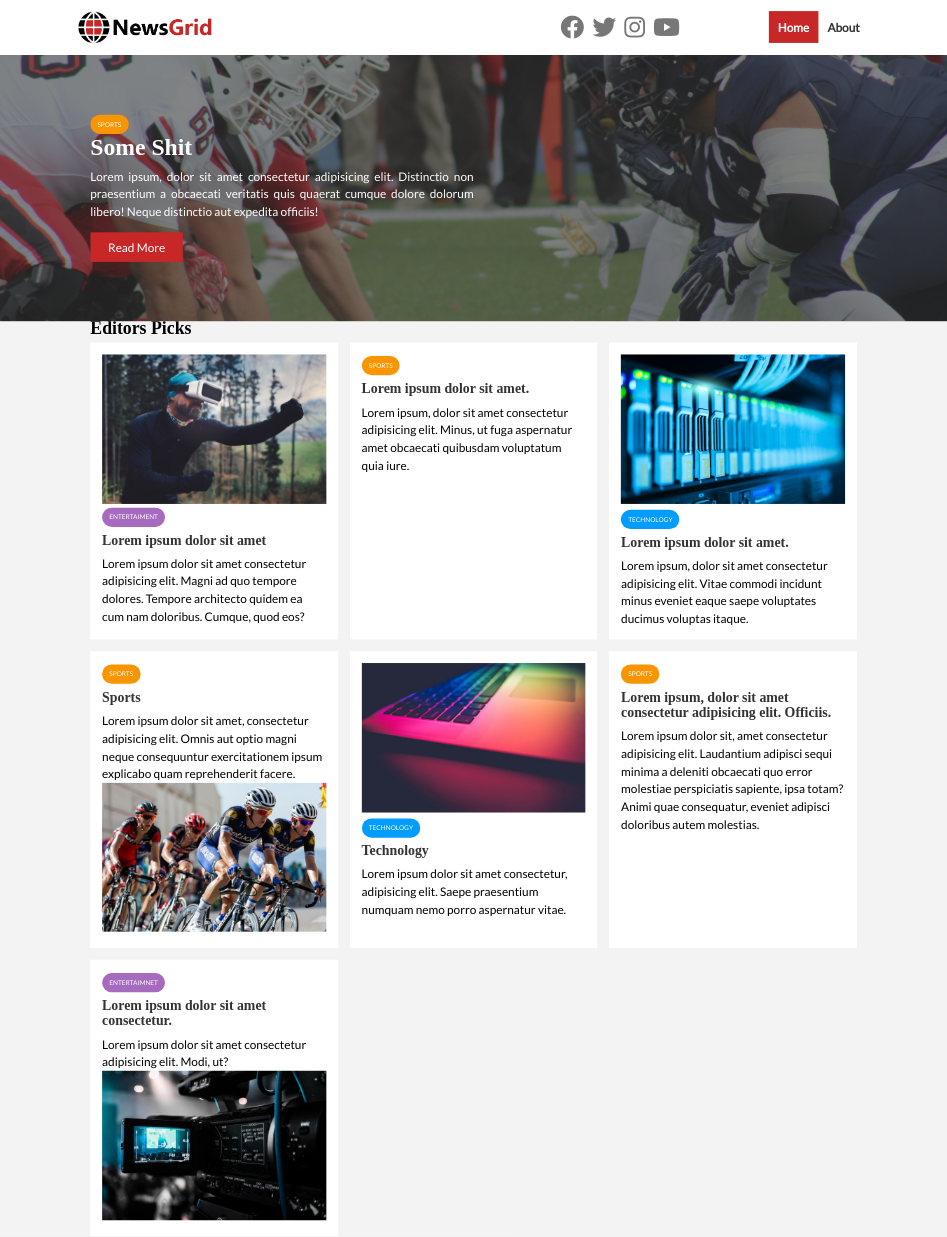
Repository: EswinGiova/NewsGrid
Page: index.html
These files come from the project's save history. The page is drawn as it stood at one moment and after the next save; the edit follows.
The browser window is 1280 px wide. The pictures show the whole page, at 74% of full size.
Some web libraries are served in a nearby version.

Above is the page before, as saved 2020-09-19 21:08:34.

After the next save:
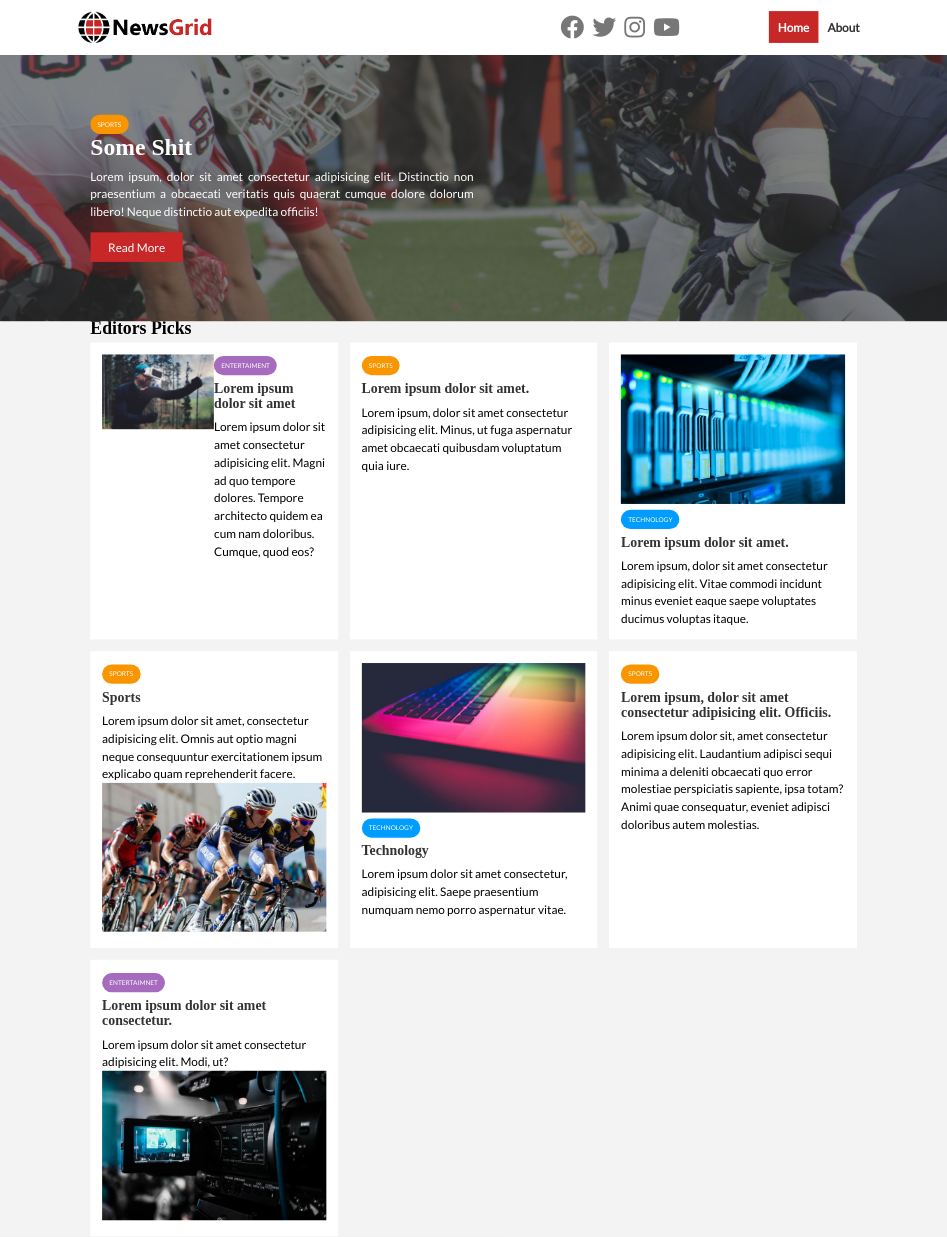
Saved 22 s later.
--- a/css/style.css
+++ b/css/style.css
@@ -201,4 +201,5 @@ h6 {
 
 #home-articles .articles-container > *:first-child {
   display: grid;
-}
+  grid-template-columns: repeat(2, 1fr);
+}
